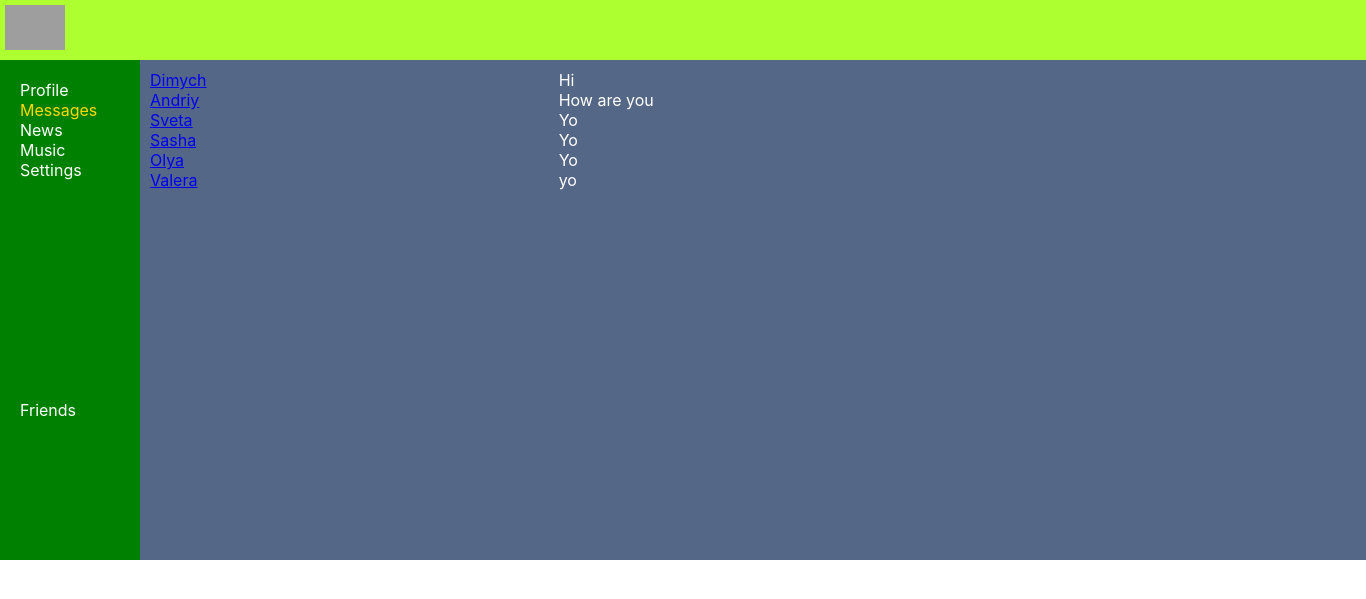
Repository: AndreyMykulych/FirstProject
Page: /dialogs
An editor plug-in stored every save of this project. The page is shown before and after the next save, followed by the edit.
The browser window is 1280 px wide. The page is 1366 px wide, so the pictures cover 1366 px, including what lies to the right of the window. The pictures show the whole page.
Pictures or frames that could not be fetched are drawn as grey boxes. The project was rebuilt for these pictures with package versions that can differ from the ones it lists, and the page was loaded fresh each time. Also part of the build but not shown: src/components/Profile/MyPosts/MyPosts.module.css, src/components/Profile/MyPosts/Post/Post.module.css, src/components/Profile/MyPosts/Post/Post.jsx, src/components/Profile/MyPosts/MyPosts.jsx, src/components/Profile/ProfileInfo/ProfileInfo.module.css, src/components/Profile/ProfileInfo/ProfileInfo.jsx, src/components/Profile/Profile.jsx.

Above is the page before, as saved 2022-06-08 21:25:29.

After the next save:
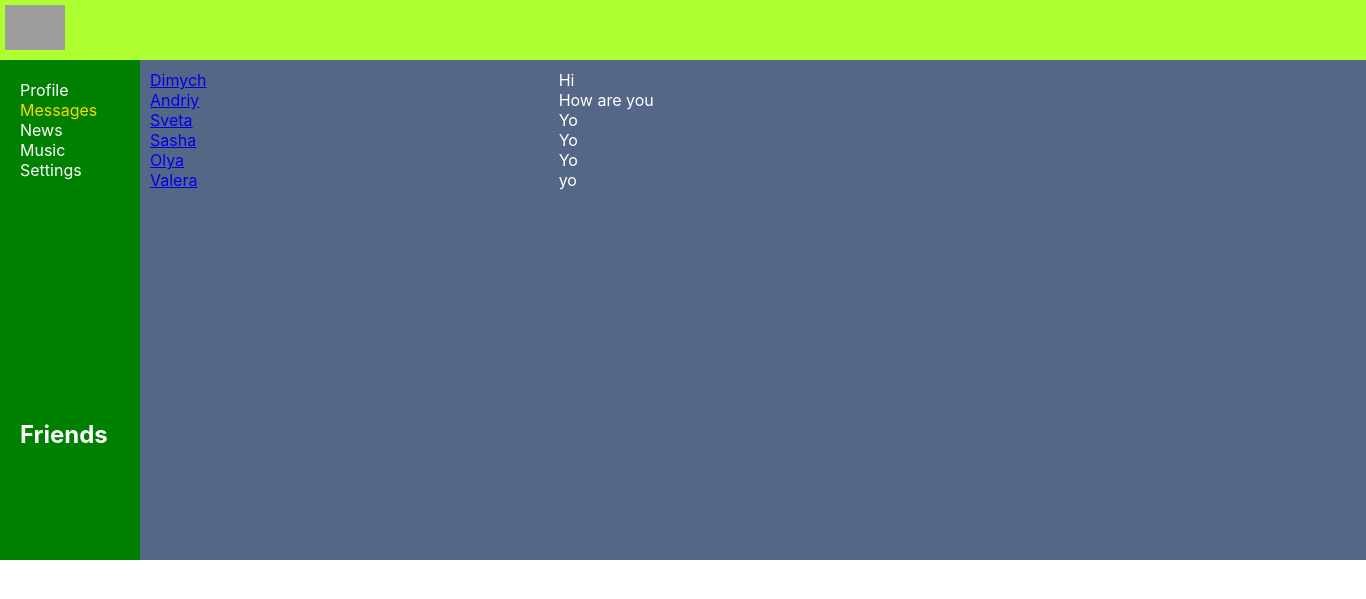
Saved 22 s later.
--- a/src/components/Navbar/Navbar.jsx
+++ b/src/components/Navbar/Navbar.jsx
@@ -22,7 +22,7 @@ const Navbar = (props) => {
            <div>
                <div className={s.sidebarBlock}>
                    <div className={s.friendsBtn}>
-                       Friends
+                       <h2>Friends</h2>
                    </div>
                    <img src={props.state.img} ></img>
 
